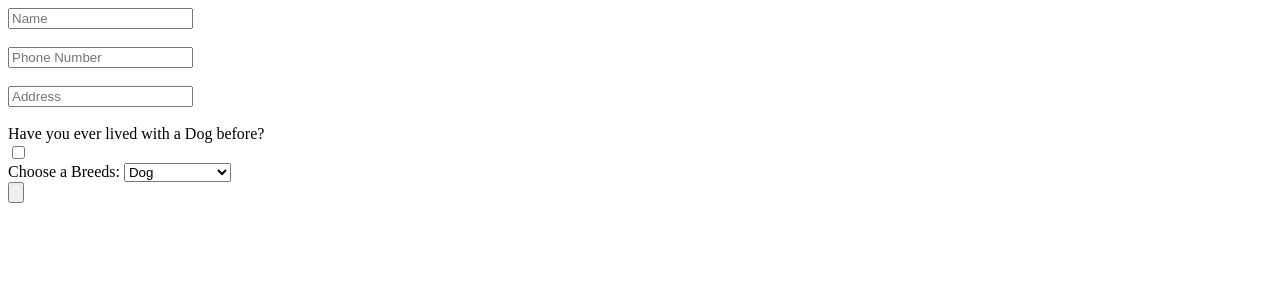
Repository: acciojob/dog-adoption-application-vandanayadav15
Page: main.html
The author's editor kept a copy of each file at every save. The page is drawn from the files as they stood at one save, then again after a run of saves.
The browser window is 1280 px wide. The pictures show the whole page.

Above is the page before, as saved 2022-10-13 15:22:41.

After the next 4 saves:
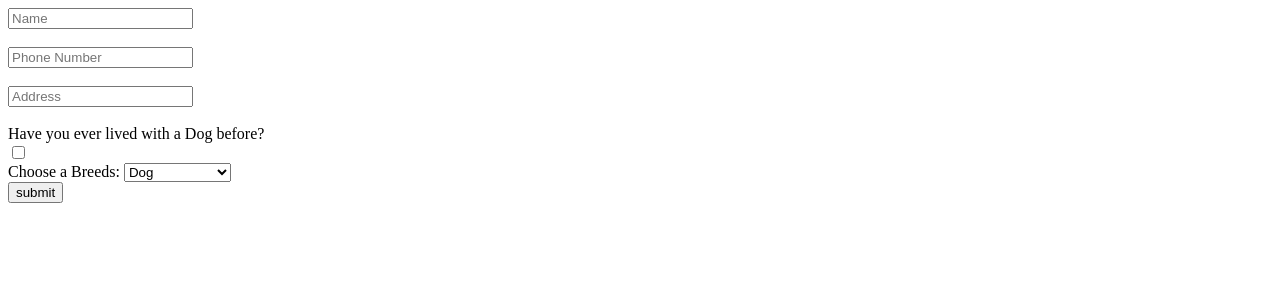
The 4 saves are shown as one change because they came seconds apart.
The last was saved 11 s later.
--- a/main.html
+++ b/main.html
@@ -20,7 +20,7 @@
 	<option value="cat">Cat</option>
 	<option value="jermansefford">Jermansefford</option>
 </select><br>
-<input type="submit" value="">
+<input type="submit"  value="submit" >
 
 </form>
 
